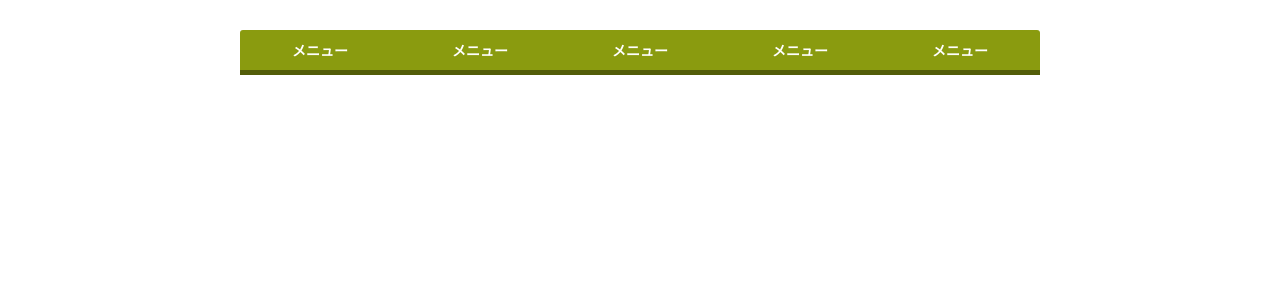
Repository: k0816/backup-master
Page: http://localhost/cycle/test.jsp
The author's editor kept a copy of each file at every save. The page is drawn from the files as they stood at one save, then again after the next save.
The browser window is 1280 px wide. The pictures show the whole page.
The page is served by Tomcat 9. Nobody is signed in. The application's start-up code is not run.

Above is the page before, as saved 2018-01-09 06:14:13.

After the next save:
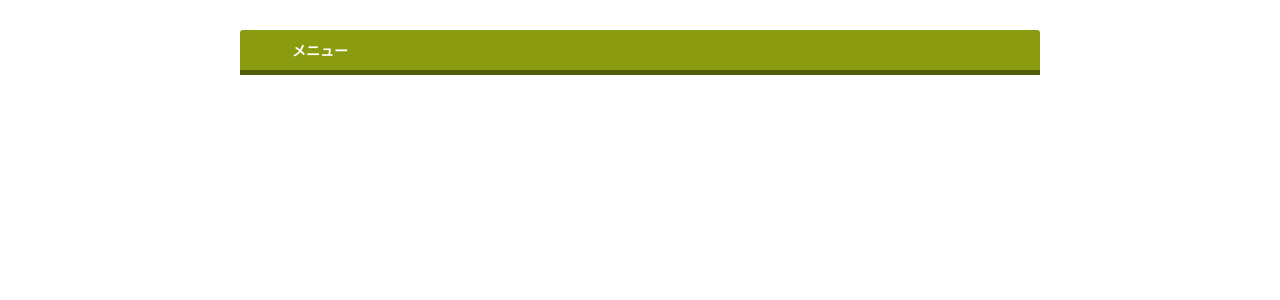
Saved 74 s later.
--- a/cycle/WebContent/test.jsp
+++ b/cycle/WebContent/test.jsp
@@ -104,34 +104,7 @@
       <li><a href="#">サブメニュー</a></li>
     </ul>
   </li>
-  <li><a href="#">メニュー</a>
-    <ul>
-      <li><a href="#">サブメニュー</a></li>
-      <li><a href="#">サブメニュー</a></li>
-      <li><a href="#">サブメニュー</a></li>
-      <li><a href="#">サブメニュー</a></li>
-    </ul>
-  </li>
-  <li><a href="#">メニュー</a>
-    <ul>
-      <li><a href="#">サブメニュー</a></li>
-      <li><a href="#">サブメニュー</a></li>
-      <li><a href="#">サブメニュー</a></li>
-    </ul>
-  </li>
-  <li><a href="#">メニュー</a>
-    <ul>
-      <li><a href="#">サブメニュー</a></li>
-      <li><a href="#">サブメニュー</a></li>
-    </ul>
-  </li>
-  <li><a href="#">メニュー</a>
-    <ul>
-      <li><a href="#">サブメニュー</a></li>
-      <li><a href="#">サブメニュー</a></li>
-      <li><a href="#">サブメニュー</a></li>
-    </ul>
-  </li>
+
 </ul>
 
 </body>
